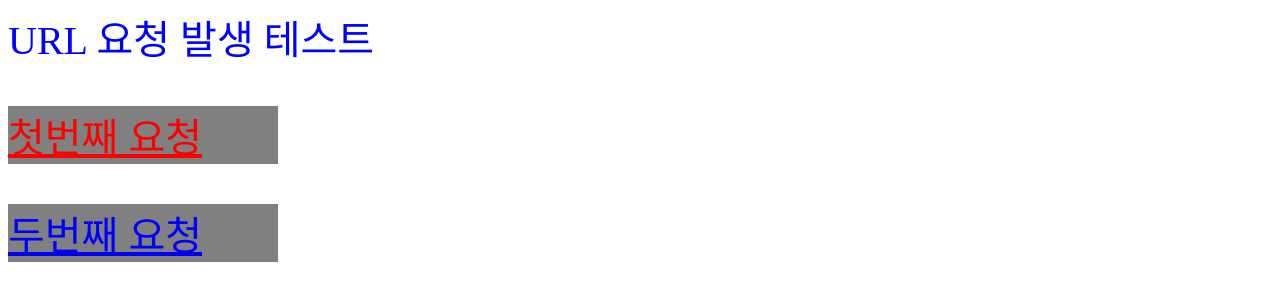
Repository: H-hyeonje/jsp
Page: http://localhost/jsp_example/
The author's editor kept a copy of each file at every save. The page is drawn from the files as they stood at one save, then again after the next save.
The browser window is 1280 px wide. The pictures show the whole page.
The page is served by Tomcat 10.

Above is the page before, as saved 2024-10-07 07:15:56.

After the next save:
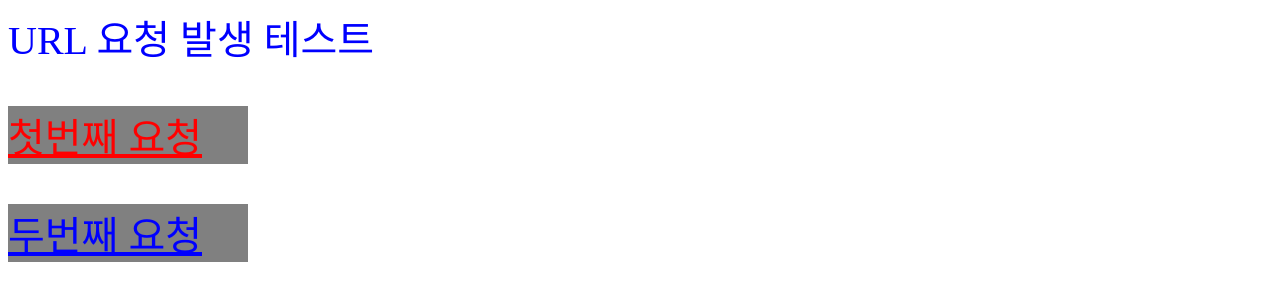
Saved 11 s later.
--- a/jsp_example/src/main/webapp/index.css
+++ b/jsp_example/src/main/webapp/index.css
@@ -4,7 +4,7 @@
 	font-size :40px;
 }
 body>p{
-	width:270px;
+	width:240px;
 	background-color:gray;
 }
 body>p:first-child>a{
